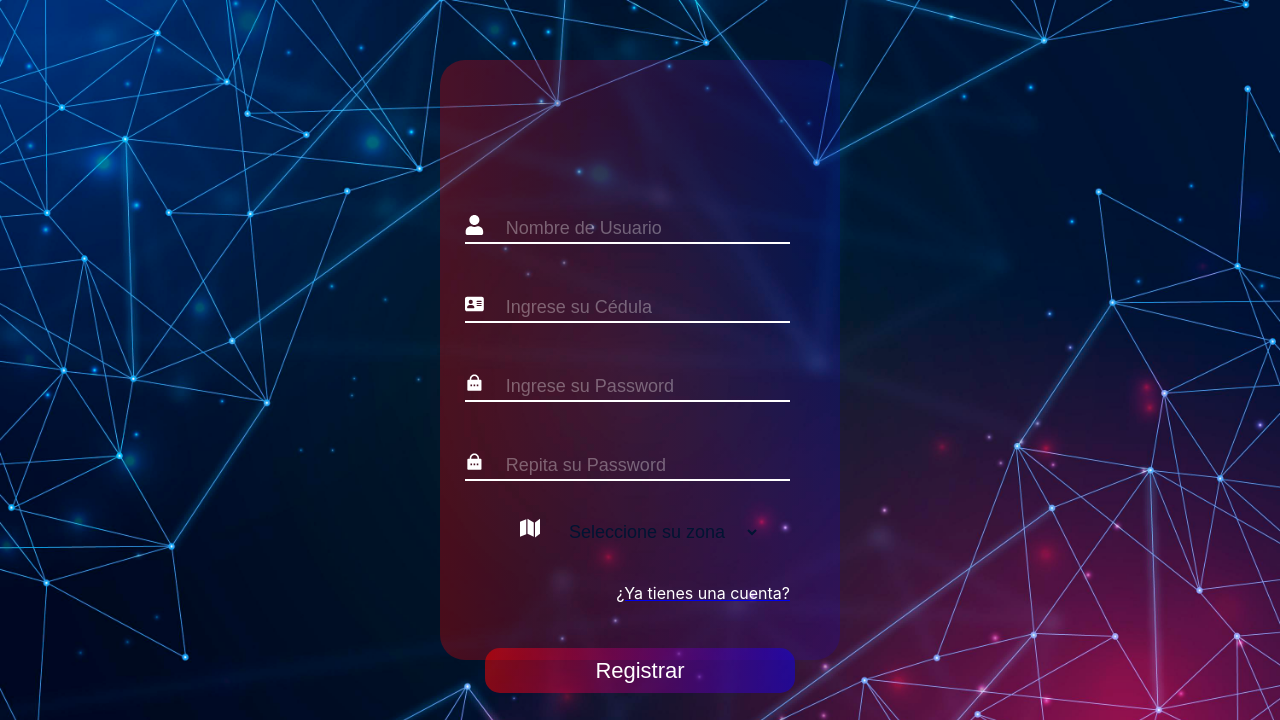
Repository: Davic1o/municipio
Page: /Registro
These files come from the project's save history. The page is drawn as it stood at one moment and after the next save; the edit follows.
The browser window is 1280 px wide. The pictures show the whole page.
The project was rebuilt for these pictures with package versions that can differ from the ones it lists, and the page was loaded fresh each time. Also part of the build but not shown: src/pages/Login/Login.jsx, src/pages/Administrador/Admin.jsx, src/pages/Coord/Coord.jsx, src/pages/User/User.jsx, src/pages/ConfirmacionRegistro/ConfirmacionRegistro.jsx.

Above is the page before, as saved 2024-02-06 20:28:07.

### src/index.js
import React from 'react';
import ReactDOM from 'react-dom/client';
import './index.css';
import App from './App';
import { BrowserRouter } from 'react-router-dom';

const root = ReactDOM.createRoot(document.getElementById('root'));
root.render(
  <BrowserRouter>
    <App />
   </BrowserRouter>
);

### src/index.css
body {
  margin: 0;
  font-family: -apple-system, BlinkMacSystemFont, 'Segoe UI', 'Roboto', 'Oxygen',
    'Ubuntu', 'Cantarell', 'Fira Sans', 'Droid Sans', 'Helvetica Neue',
    sans-serif;
  -webkit-font-smoothing: antialiased;
  -moz-osx-font-smoothing: grayscale;
}

code {
  font-family: source-code-pro, Menlo, Monaco, Consolas, 'Courier New',
    monospace;
}
input{
  text-decoration: none;
  border: none;
}
button{
  background-color: transparent;
  text-decoration: none;
  border: none;
}

### src/App.jsx

import './App.css';
import Rutas from './routes/Rutas';

function App() {
  return (
    <div className="App">
      <Rutas/>
    </div>
  );
}

export default App;

### src/routes/Rutas.jsx
import React from 'react'
import { Routes, Route } from 'react-router-dom';
import Login from '../pages/Login/Login';
import Admin from '../pages/Administrador/Admin';
import Coord from '../pages/Coord/Coord';
import User from '../pages/User/User';
import Register from '../pages/Register/Register';
import ConfirmacionRegistro from '../pages/ConfirmacionRegistro/ConfirmacionRegistro';


function Rutas() {
  return (


    <Routes>
    <Route exact path="/" element={<Login/>} />
    <Route exact path="/Registro" element={<Register/>} />
    <Route exact path="/ConfirmacionRegistro" element={<ConfirmacionRegistro/>} />
    <Route exact path="/Administrador" element={<Admin/>} />
    <Route path='/Coordinador' element={<Coord/>} />
    <Route path='/Usuario' element={<User/>} />

    </Routes>

  )
}

export default Rutas

### src/pages/Register/Register.jsx
import React, { useState } from 'react';
import { FaUser } from 'react-icons/fa';
import { RiLockPasswordFill } from 'react-icons/ri';
import { FaAddressCard } from "react-icons/fa6";
import { ImMap } from "react-icons/im";
import { Link, useNavigate } from "react-router-dom";
import './register.css';

const Register = () => {
  const Navigate = useNavigate();
  const [username, setUsername] = useState('');
  const [cedula, setCedula] = useState('');
  const [password, setPassword] = useState('');
  const [confirmPassword, setConfirmPassword] = useState('');
  const [zona, setZona] = useState(''); // Nuevo estado para la zona
  const [errorMessage, setErrorMessage] = useState('');

  const validarFormulario = () => {
    if (password !== confirmPassword) {
      setErrorMessage('Las contraseñas no coinciden');
      alert('Las contraseñas no coinciden');
      limpiarCampos();
      return false;
    }

    if (!username || !cedula || !password || !confirmPassword || !zona) {
      setErrorMessage('Por favor, complete todos los campos.');
      alert('Por favor, complete todos los campos.');
      return false;
    }

    setErrorMessage('');
    return true;
  };

  const limpiarCampos = () => {
    setUsername('');
    setCedula('');
    setPassword('');
    setConfirmPassword('');
    setZona(''); // Limpiar el campo de la zona también
  };

  const handleRegistroClick = () => {
    if (validarFormulario()) {
      // Crear un objeto con la información del usuario
      const userInfo = {
        username,
        cedula,
        password,
        confirmPassword,
        zona,
      };

      console.log(userInfo);

      // Realizar acciones adicionales para el registro

      // Pasar userInfo como estado en Navigate
      Navigate('/ConfirmacionRegistro', { state: { userInfo } });

      // Limpia los campos después del registro exitoso
      limpiarCampos();
    }
  };

  return (
    <div className="login__container">
      <div className="register__recuadro">
        <div className="register__formulario">
          <div className="contenedor__nombre">
            <FaUser className="icon__nombre" />
            <input
              type="text"
              className="inp__nombre"
              placeholder="Nombre de Usuario"
              value={username}
              onChange={(e) => setUsername(e.target.value)}
            />
          </div>
          <div className="contenedor__nombre">
            <FaAddressCard className="icon__password" />
            <input
              type="text"
              className="inp__nombre"
              placeholder="Ingrese su Cédula"
              value={cedula}
              onChange={(e) => setCedula(e.target.value)}
            />
          </div>
          <div className="contenedor__password">
            <RiLockPasswordFill className="icon__password" />
            <input
              type="password"
              className="inp__password"
              placeholder="Ingrese su Password"
              value={password}
              onChange={(e) => setPassword(e.target.value)}
            />
          </div>
          <div className="contenedor__password">
            <RiLockPasswordFill className="icon__password" />
            <input
              type="password"
              className="inp__password"
              placeholder="Repita su Password"
              value={confirmPassword}
              onChange={(e) => setConfirmPassword(e.target.value)}
            />
          </div>
          <div className="contenedor__zona">
          <ImMap className="icon__password" />
            <select
              id="zona"
              value={zona}
              onChange={(e) => setZona(e.target.value)}
            >
              <option value="">Seleccione su zona</option>
              <option value="norte">Zona Norte</option>
              <option value="sur">Zona Sur</option>
              <option value="centro">Zona Centro</option>
            </select>
          </div>
          <div className="contenedor__registrar">
            <Link to={'/'}>
              <label htmlFor="" className="lbl__registrar">
                ¿Ya tienes una cuenta?
              </label>
            </Link>
          </div>
          <div className="contendor__ingresar">
            <button className="btn__ingresar" onClick={handleRegistroClick}>
              Registrar
            </button>
          </div>
        </div>
      </div>
    </div>
  );
};

export default Register;

### src/pages/Login/login.css
.login__container {
    background-image:  url('../../images/fondo_informacion.jpg');
    background-size: cover;
    height: 100vh;
    width: 100vw;
    box-sizing: border-box;
    display: flex;
    align-items: center;
    justify-content: center;
    z-index: 0;
}
.login__recuadro{
    width: 400px;
    height: 600px;
    border-radius: 25px;
    background: linear-gradient(to right, rgba(253, 0, 0, 0.288) 1%, rgba(16, 0, 235, 0.171));
}
.login__formulario{
    margin-top: 200px;
}
.contenedor__nombre, .contenedor__password{
    padding-top: 25px;
    width: 325px;
    margin: 25px;
    display: flex;
    border-bottom: 2px solid white ;
}
.icon__nombre, .icon__password{
    margin-right: 20px;
    font-size: 20px;
    background-color: transparent;
    color: white;
}
.inp__nombre, .inp__password{

    background-color: transparent;
    width: 300px;
    height: 25px;
    font-size: 18px;
    color: white;
}
.inp__nombre::placeholder, .inp__password::placeholder{
    font-size: 18px;
color: rgba(255, 255, 255, 0.336);
}
.inp__nombre:focus, .inp__password:focus{
    outline: none;
    font-size: 18px;
    border: none;
    color: white;
}
.contenedor__recuerdame{
    width: 325px;
    margin: 25px;
    display: flex;
}
.inp__recuerdame{
    transform: scale(1.5);
    margin-right: 20px;
}
.lbl__recuerdame{
    font-size: 18px;
    color: white;
}
.contenedor__registrar{
    width: 325px;
    margin: 25px;
    display: flex;
    justify-content: right;
}
.lbl__registrar{
    color: white;
}
.lbl__registrar:hover{
    color: blue;
    cursor: pointer;
}
.contendor__ingresar{

    background: linear-gradient(to right, rgba(253, 0, 0, 0.514) 1%, rgba(16, 0, 235, 0.514));
    border-radius: 15px;
    margin: 45px;
    display: flex;
    justify-content: center;
}
.btn__ingresar{
    height: 45px;
    color: white;
    font-size: 22px;
    cursor: pointer;

}

### src/pages/Register/register.css

.register__recuadro{
    width: 400px;
    height: 600px;
    border-radius: 25px;
    background: linear-gradient(to right, rgba(253, 0, 0, 0.288) 1%, rgba(16, 0, 235, 0.171));
}
.register__formulario{
    margin-top: 130px;
}

..contenedor__zona{
    width: 325px;
    margin: 25px;
    display: flex;
    justify-content: right;
    border-bottom: 2px solid white;
}


.contenedor__zona select {
    width: 200px;
    margin: 0px;
    justify-content: right;
    font-size: 18px;
    background-color: transparent;
    color: rgb(0, 20, 50);
    border: none;

    padding: 5px;
    margin-top: 10px;
    margin-bottom: 10px;
  }

  /* Estilos adicionales para resaltar el texto del placeholder */
  .contenedor__zona select::placeholder {
    color: rgba(255, 255, 255, 0.336);
    font-size: 18px;
  }

  .contenedor__zona select:focus {
    outline: none;
    border-bottom: 2px solid rgb(255, 255, 255); /* Cambia el color del borde cuando el select está enfocado */
  }

Loaded but not shown: public/index.html (common file); src/App.css (common file)

After the next save:
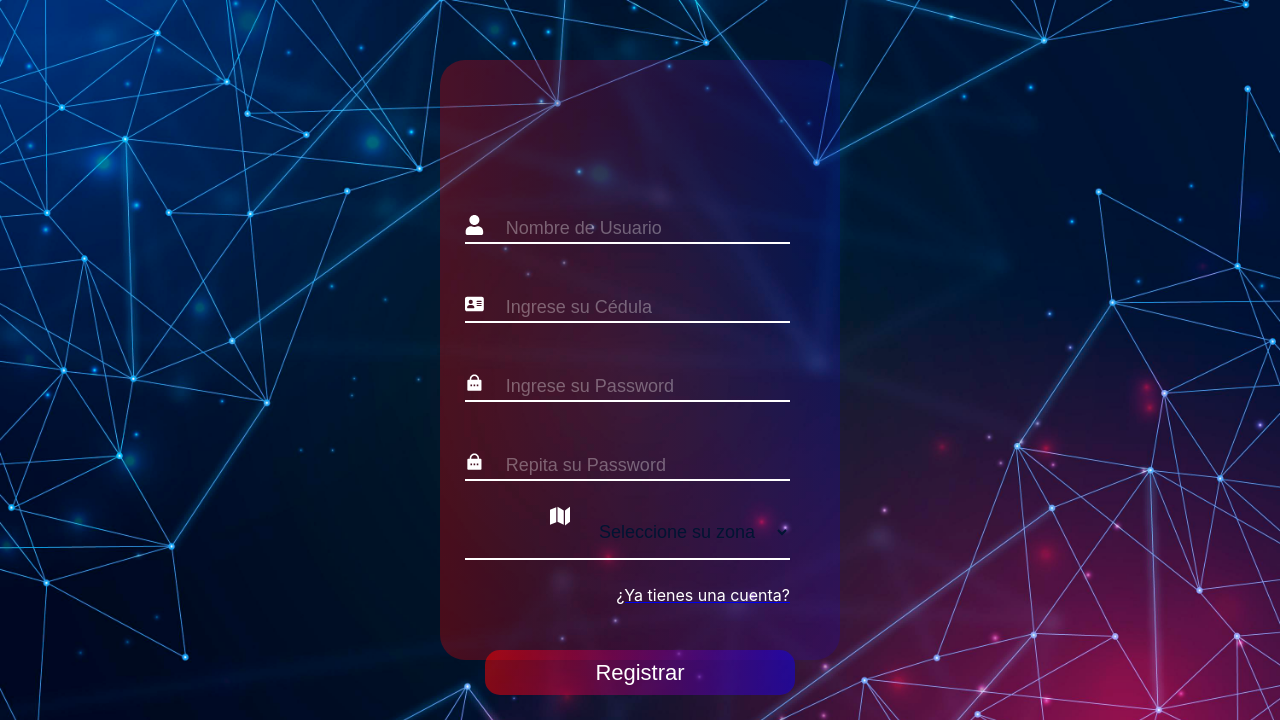
Saved 18 s later.
--- a/src/pages/Register/register.css
+++ b/src/pages/Register/register.css
@@ -9,7 +9,7 @@
     margin-top: 130px;
 }
 
-..contenedor__zona{
+.contenedor__zona{
     width: 325px;
     margin: 25px;
     display: flex;
